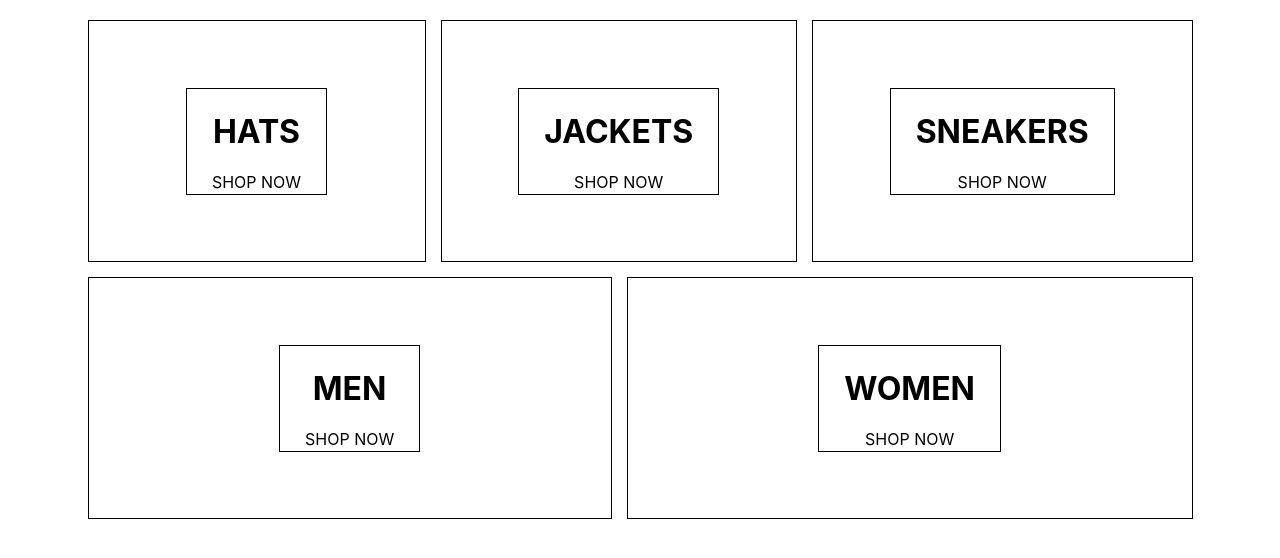
Repository: nepfri/crwn-clothing
Page: /
These files come from the project's save history. The page is drawn as it stood at one moment and after the next save; the edit follows.
The browser window is 1280 px wide. The pictures show the whole page.
The project was rebuilt for these pictures with package versions that can differ from the ones it lists, and the page was loaded fresh each time. Also part of the build but not shown: src/App.css.

Above is the page before, as saved 2021-10-13 14:03:50.

After the next save:
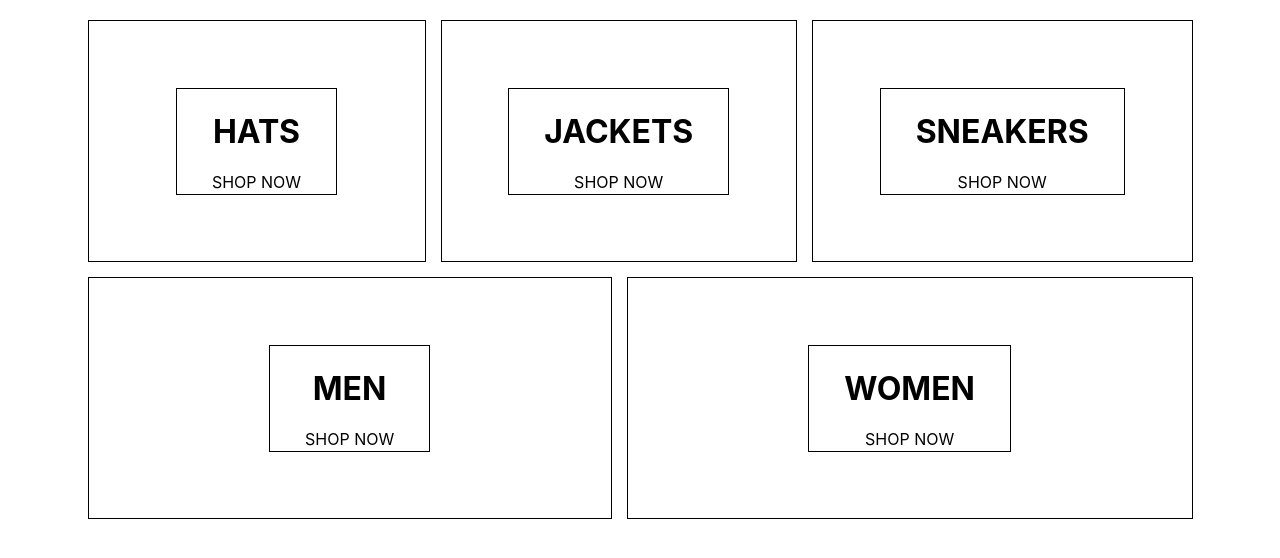
Saved 9 s later.
--- a/src/homepage.styles.scss
+++ b/src/homepage.styles.scss
@@ -32,7 +32,7 @@
 
   .content {
     height: 105px;
-    padding: 0 25px;
+    padding: 0 35px;
     display: flex;
     flex-direction: column;
     align-items: center;

After the save that followed:
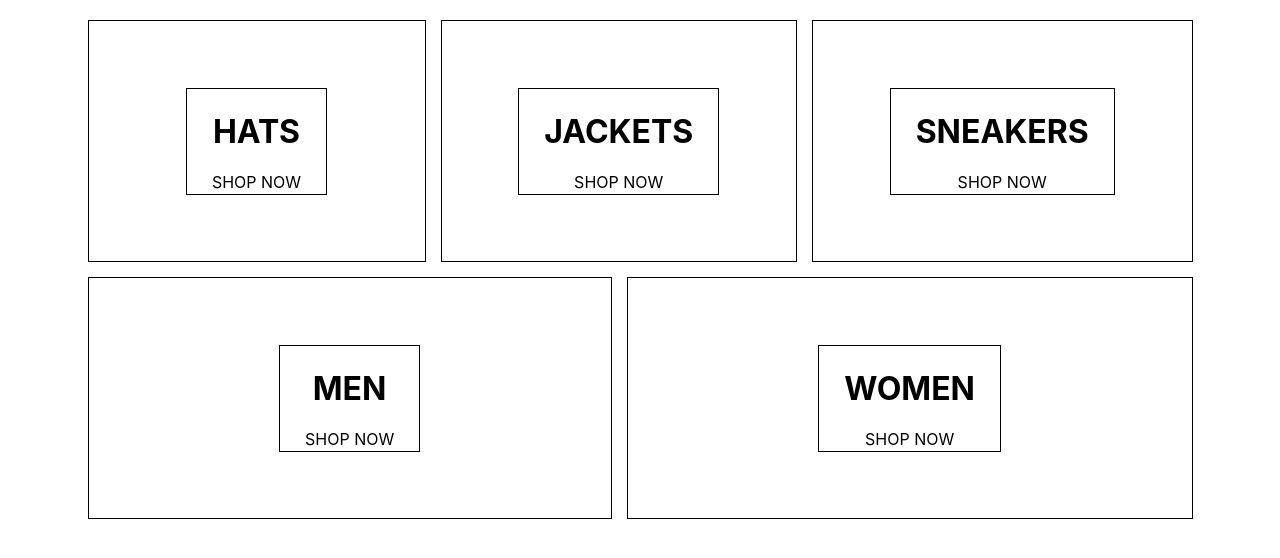
Saved 12 s later.
--- a/src/homepage.styles.scss
+++ b/src/homepage.styles.scss
@@ -32,7 +32,7 @@
 
   .content {
     height: 105px;
-    padding: 0 35px;
+    padding: 0 25px;
     display: flex;
     flex-direction: column;
     align-items: center;
